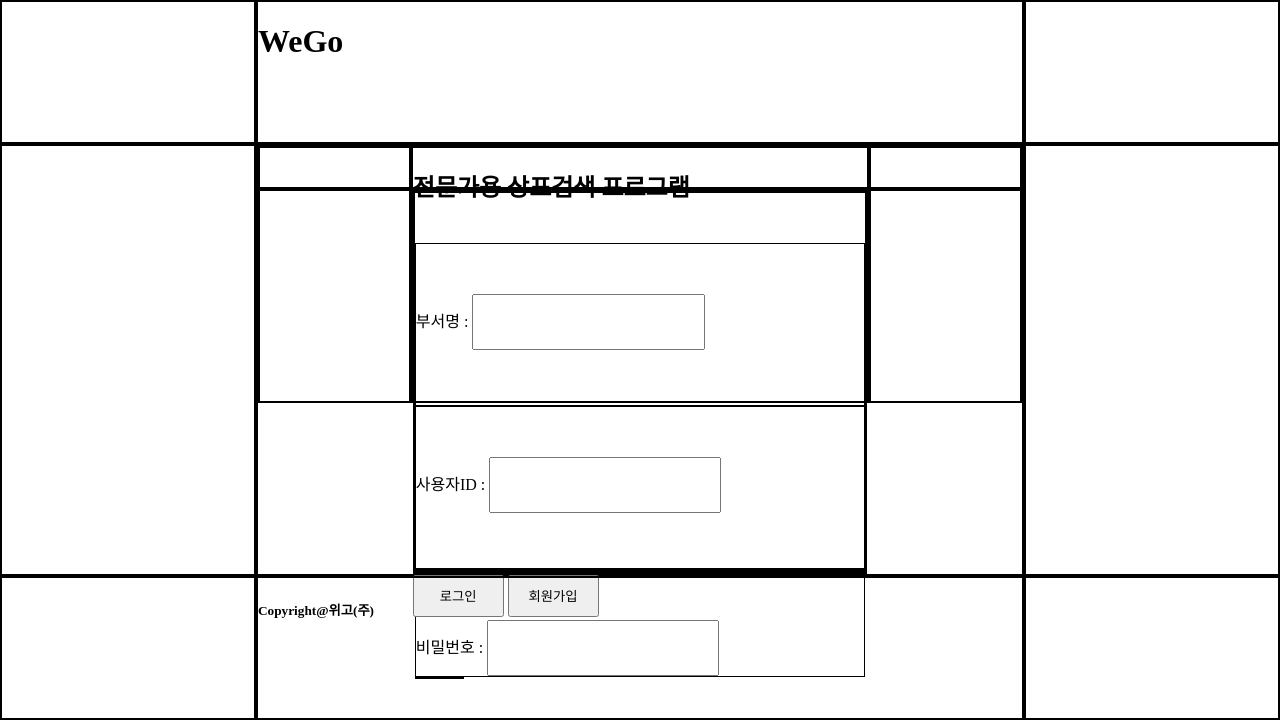
Repository: hamuse/wego1
Page: http://localhost/teamW1/facade.do
These files come from the project's save history. The page is drawn as it stood at one moment and after the next save; the edit follows.
The browser window is 1280 px wide. The pictures show the whole page.
Some web libraries are served in a nearby version. The page is served by Tomcat 9.

Above is the page before, as saved 2019-10-07 10:49:43.

After the next save:
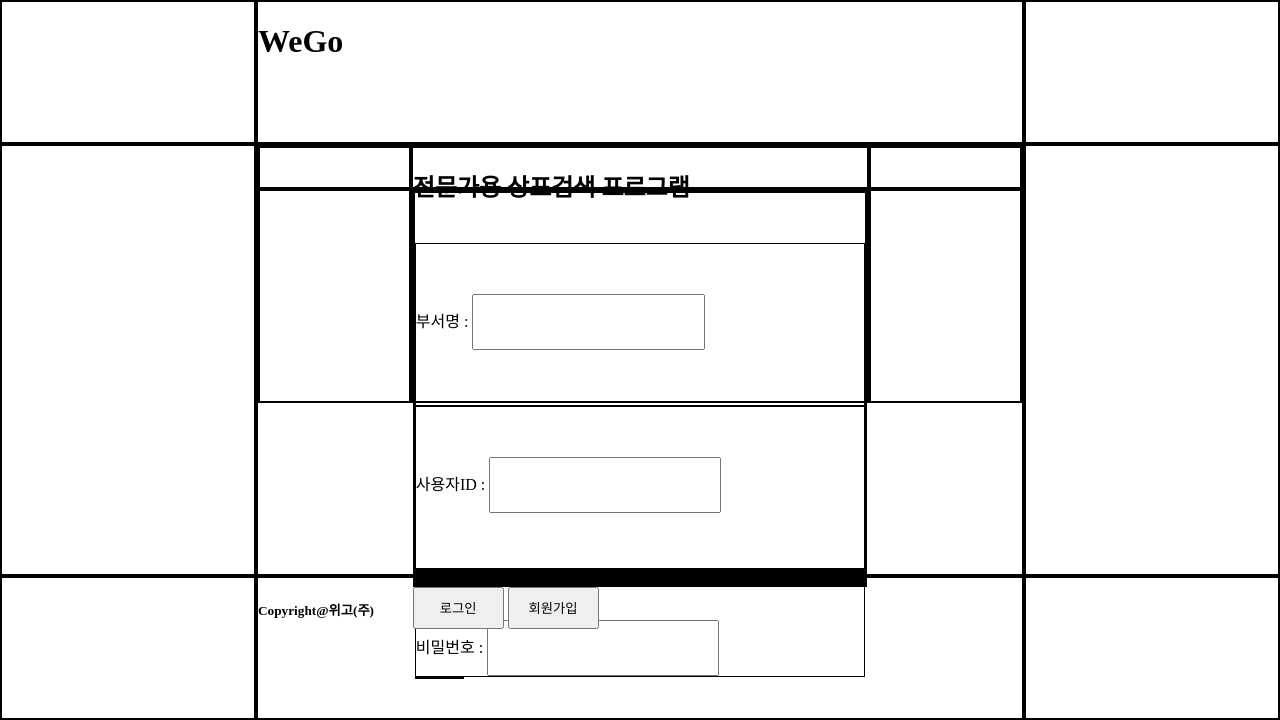
Saved 38 s later.
--- a/teamW1/WebContent/WEB-INF/views/facade/login.jsp
+++ b/teamW1/WebContent/WEB-INF/views/facade/login.jsp
@@ -16,6 +16,9 @@
     <div></div>
 </div>
 <div></div>
+<div></div>
+<div></div>
+<div></div>
     <input type="hidden" name="action" value="login" />
     <input type="hidden" name="page" value="mypage" />
 
